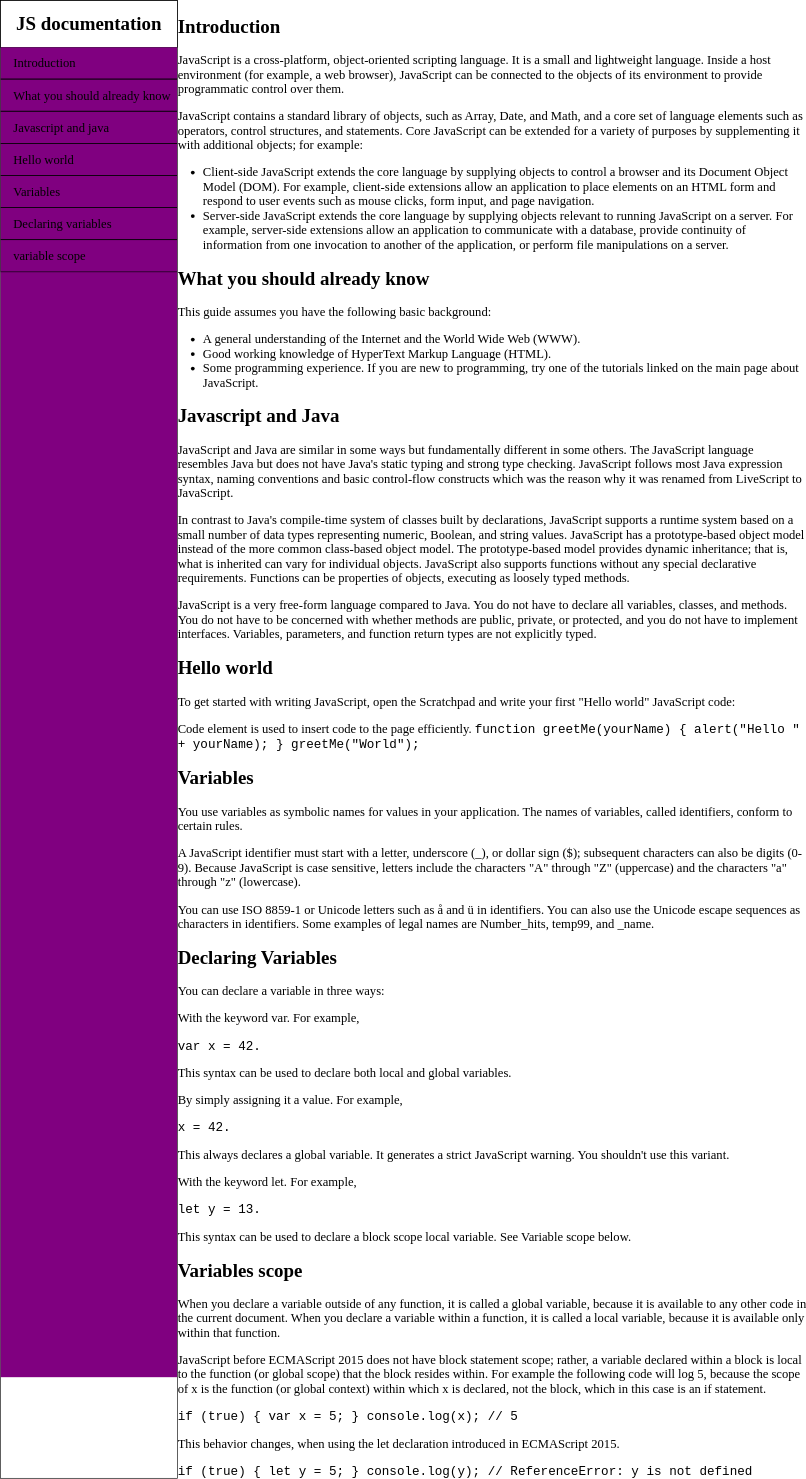
Repository: Pafestivo/Technical-documentation
Page: index.html
These files come from the project's save history. The page is drawn as it stood at one moment and after a run of saves; the edit follows.
The browser window is 1280 px wide. The pictures show the whole page, at 63% of full size.

Above is the page before, as saved 2022-09-07 13:41:03.

After the next 2 saves:
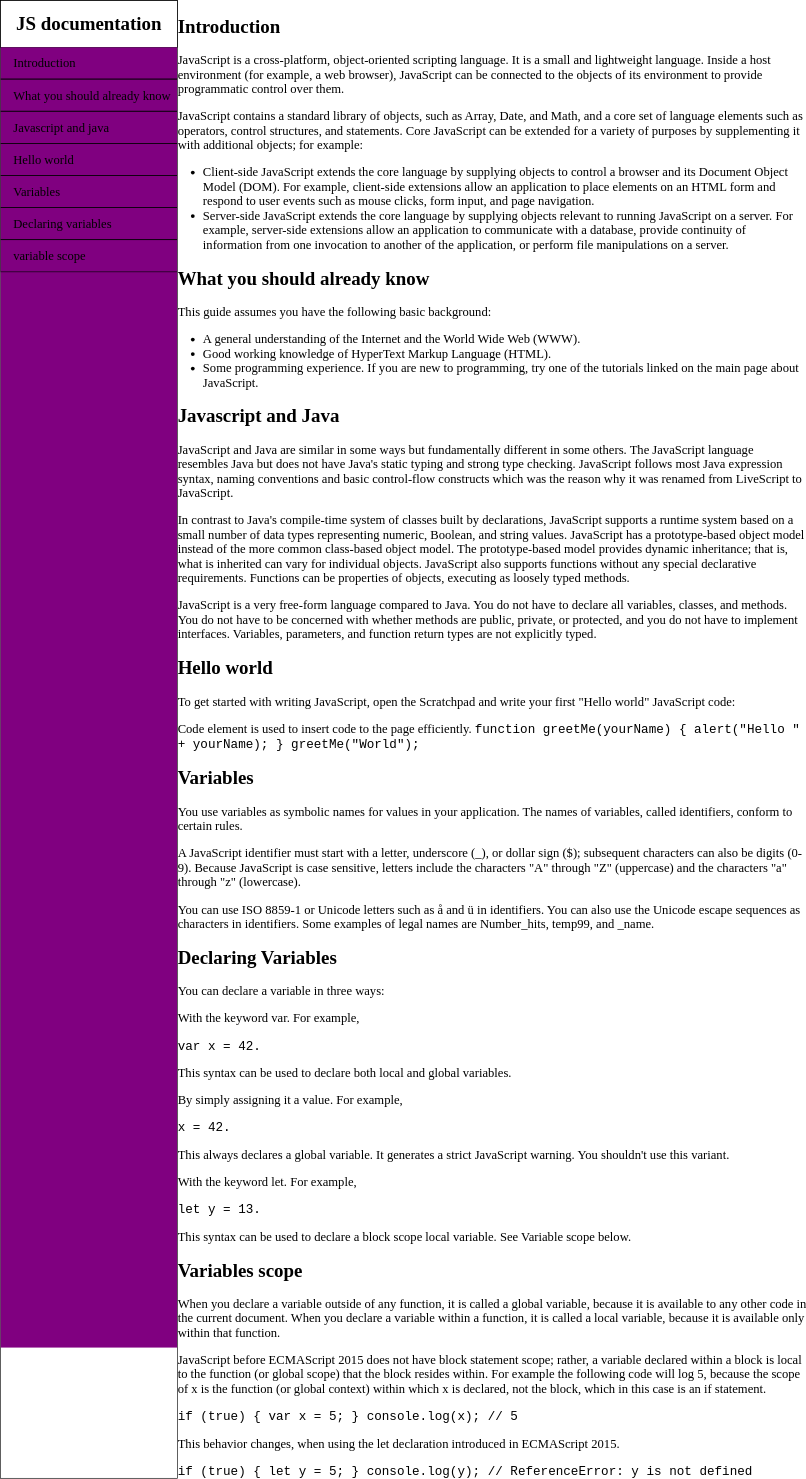
The 2 saves are shown as one change because they came seconds apart.
The last was saved 9 s later.
--- a/styles.css
+++ b/styles.css
@@ -31,7 +31,7 @@
 
 #navbar ul {
   list-style: none;
-  height: 90%;
+  height: 88%;
   background-color: purple;
   margin: 0;
   padding: 0;

After the save that followed:
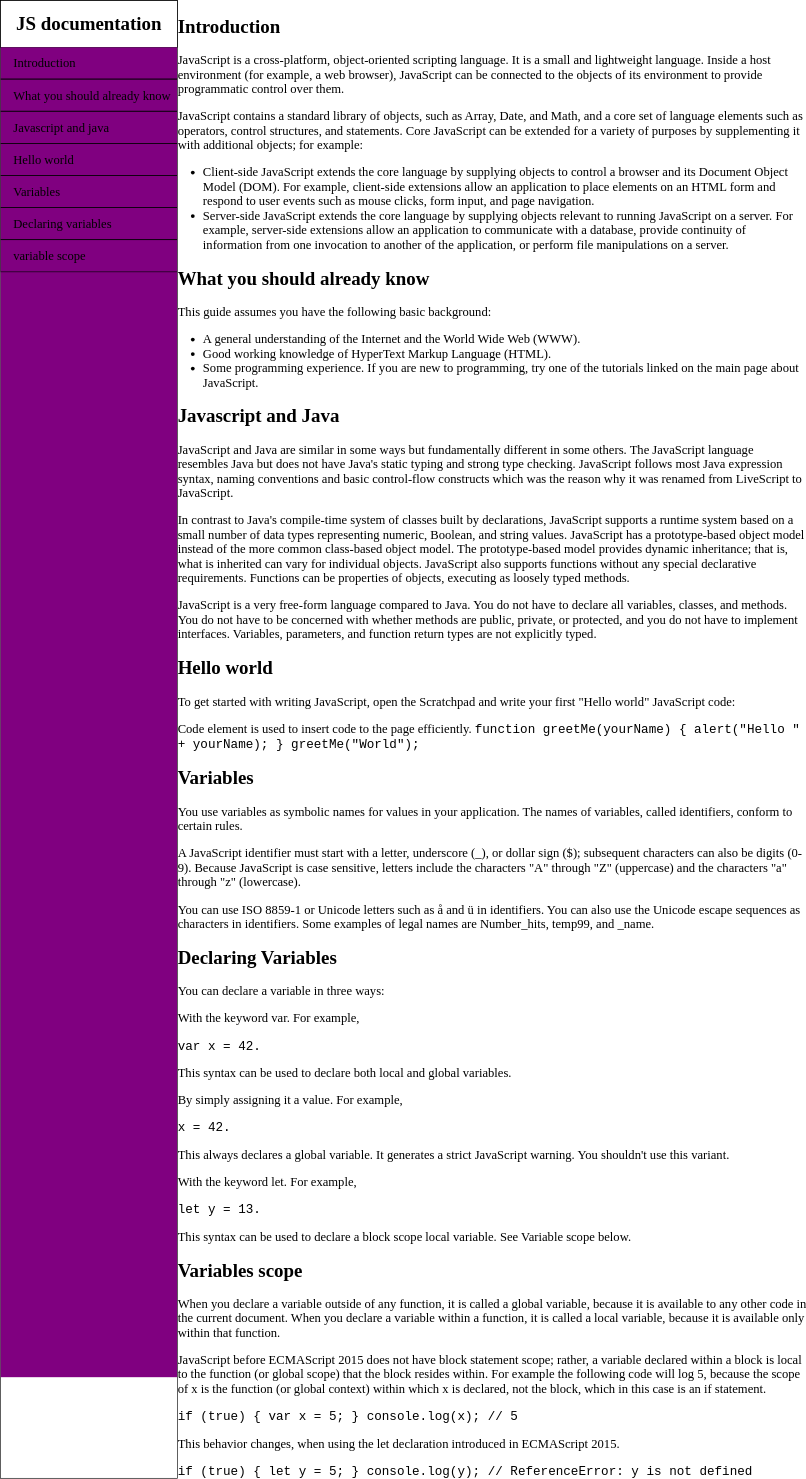
Saved 4 s later.
--- a/styles.css
+++ b/styles.css
@@ -31,7 +31,7 @@
 
 #navbar ul {
   list-style: none;
-  height: 88%;
+  height: 90%;
   background-color: purple;
   margin: 0;
   padding: 0;
